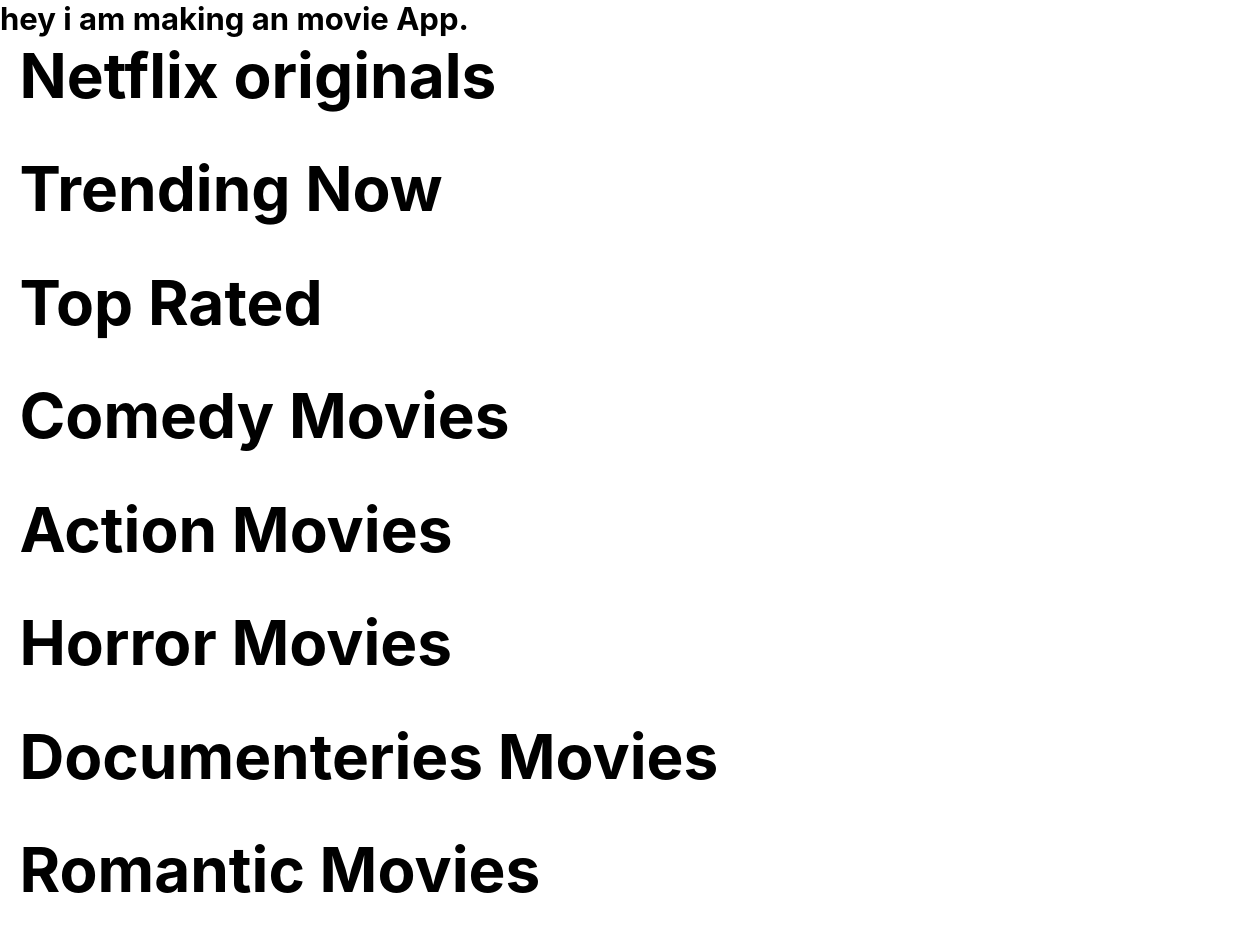
Repository: ramtoppo12/movieApp
Page: /
These files come from the project's save history. The page is drawn as it stood at one moment and after the next save; the edit follows.
The browser window is 1280 px wide. The pictures show the whole page, at 97% of full size.
The page's requests for data from a server got no answer. The project was rebuilt for these pictures with package versions that can differ from the ones it lists, and the page was loaded fresh each time. No one was signed in, and anything a server would have sent is missing. Also part of the build but not shown: src/App.css.

Above is the page before, as saved 2020-11-09 21:30:37.

After the next save:
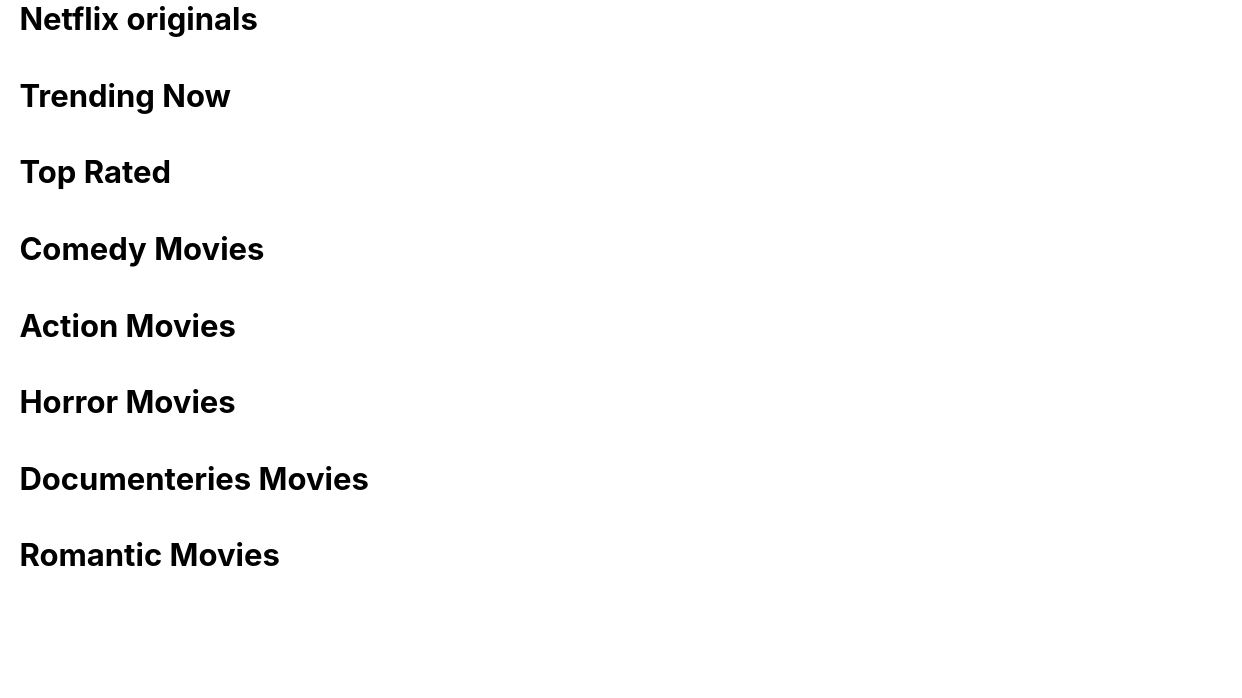
Saved 9 min 37 s later.
--- a/src/App.js
+++ b/src/App.js
@@ -6,8 +6,7 @@
 function App() {
   return (
     <div className="App">
-      <h1>
-        hey i am making an movie App.
+
         <Row isLargeRow={true} title="Netflix originals" fetchUrl={requests.fetchNetfixOriginals}/>
         <Row title="Trending Now" fetchUrl={requests.fetchTrendingNow}/>
         <Row title="Top Rated" fetchUrl={requests.fetchTopRated}/>
@@ -18,7 +17,7 @@
         <Row title="Romantic Movies" fetchUrl={requests.fetchRomenticMovies}/>
 
 
-      </h1>
+
     </div>
   );
 }
